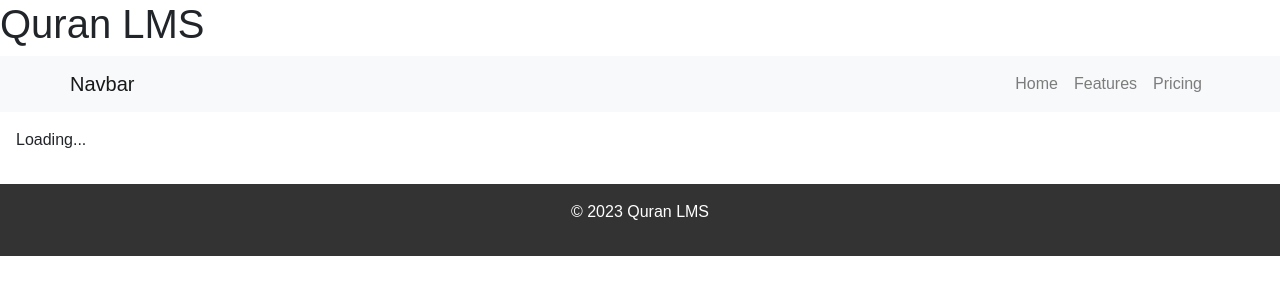
Repository: talha-mahmood/Quran-Lms-react
Page: /
The author's editor kept a copy of each file at every save. The page is drawn from the files as they stood at one save, then again after the next save.
The browser window is 1280 px wide. The pictures show the whole page.
The page's requests for data from a server got no answer. The project was rebuilt for these pictures with package versions that can differ from the ones it lists, and the page was loaded fresh each time. No one was signed in, and anything a server would have sent is missing.

Above is the page before, as saved 2023-03-08 01:00:16.

After the next save:
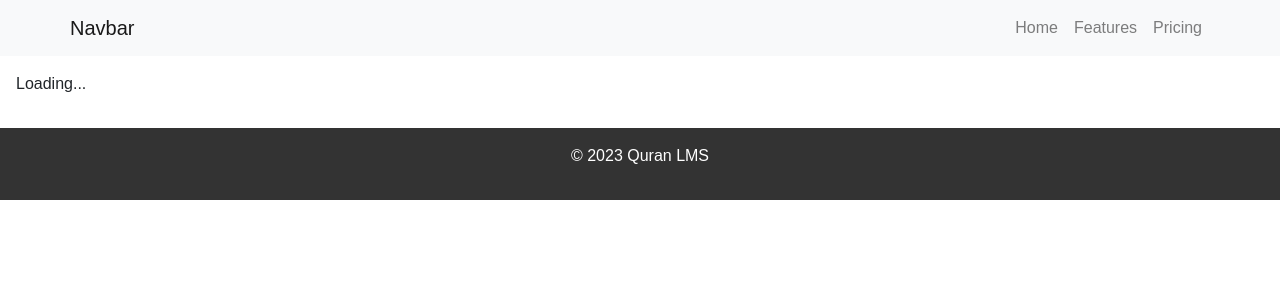
Saved 25 s later.
--- a/src/App.js
+++ b/src/App.js
@@ -23,7 +23,7 @@ class QuranLMS extends Component {
     return (
       <div>
 
-          <h1>Quran LMS</h1>
+
           <div>
           <Navbar bg="light" variant="light">
         <Container>
